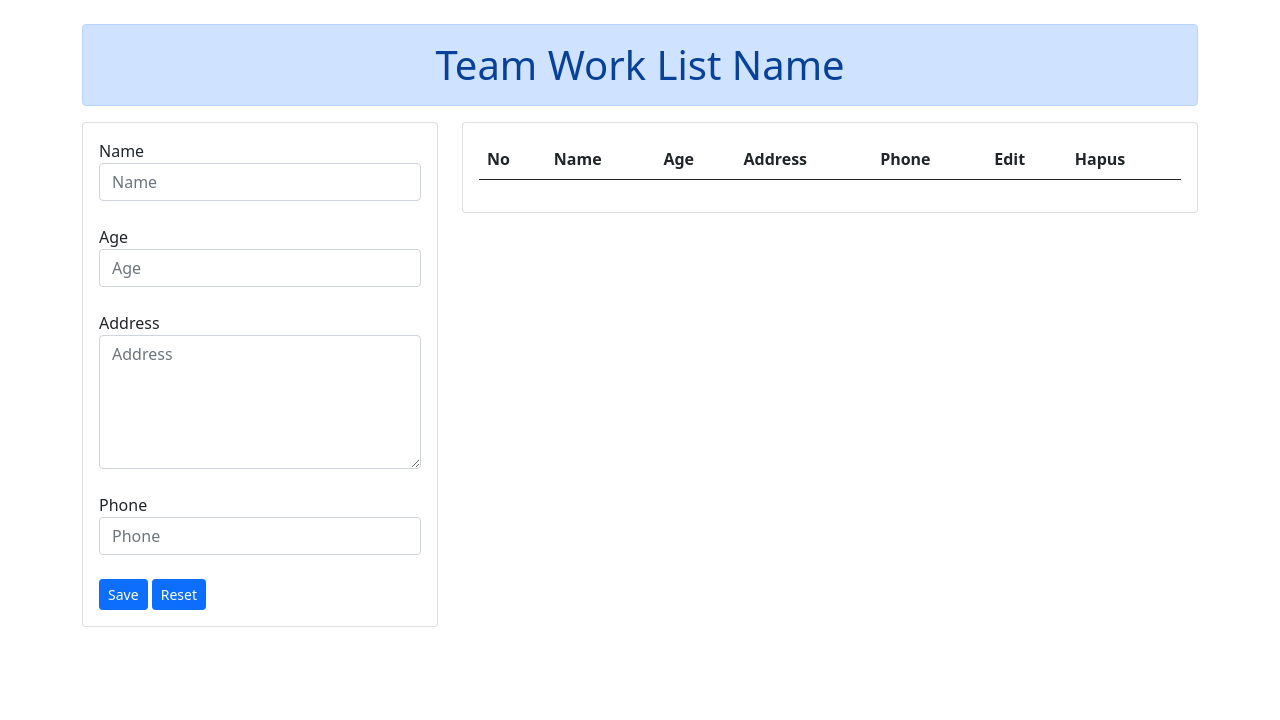
Repository: MENGSRUN/crud-html
Page: index.html
The author's editor kept a copy of each file at every save. The page is drawn from the files as they stood at one save, then again after the next save.
The browser window is 1280 px wide. The pictures show the whole page.

Above is the page before, as saved 2023-05-11 15:39:01.

### index.html
<!DOCTYPE html>
<html lang="en">
  <head>
    <meta charset="UTF-8" />
    <meta name="viewport" content="width=device-width, initial-scale=1.0" />
    <meta http-equiv="X-UA-Compatible" content="ie=edge" />
    <meta name="Description" content="Enter your description here" />
    <link
      rel="stylesheet"
      href="https://cdnjs.cloudflare.com/ajax/libs/twitter-bootstrap/5.1.0/css/bootstrap.min.css"
    />
    <link
      rel="stylesheet"
      href="https://cdnjs.cloudflare.com/ajax/libs/font-awesome/5.15.4/css/all.min.css"
    />
  </head>
  <body>
    <div class="container mt-4">
        <div class="row">
            <div class="col-lg-12">
                <h1 class="alert alert-primary text-center">
                    Team Work List Name
                </h1>
            </div>
            <div class="col-lg-4">
                <div class="card">
                    <div class="card-body">
                        <form id="form">
                            <input type="hidden" name="id" id="id">
                            <label for="">Name</label>
                            <input type="text" placeholder="Name" class="form-control" name="name" id="name" required>
                            <br>
                            <label for="">Age</label>
                            <input type="number" placeholder="Age" class="form-control" name="age" id="age" required>
                            <br>
                            <label for="">Address</label>
                            <textarea name="address" placeholder="Address" id="address" cols="30" rows="5" required class="form-control"></textarea>
                            <br>
                            <label for="">Phone</label>
                            <input type="text" placeholder="Phone" class="form-control" id="phone" name="phone" required>
                            <br>
                            <button class="btn btn-sm btn-primary" type="button" onclick="save()">Save</button>
                            <button class="btn btn-sm btn-primary" type="button" onclick="clearData()">Reset</button>
                        </form>
                    </div>
                </div>
            </div>
            <div class="col-lg-8">
                <div class="card">
                    <div class="card-body">
                        <div class="table-responsive">
                            <table id="datatable" class="table table-striped">
                                <thead>
                                    <tr>
                                        <th>No</th>
                                        <th>Name</th>
                                        <th>Age</th>
                                        <th>Address</th>
                                        <th>Phone</th>
                                        <th>Edit</th>
                                        <th>Hapus</th>
                                    </tr>
                                </thead>
                                <tbody id="table">

                                </tbody>
                            </table>
                        </div>
                    </div>
                </div>
            </div>
        </div>
    </div>
    <script src="https://cdnjs.cloudflare.com/ajax/libs/popper.js/2.9.2/umd/popper.min.js"></script>
    <script src="https://cdnjs.cloudflare.com/ajax/libs/twitter-bootstrap/5.1.0/js/bootstrap.min.js"></script>
   <script src="./JS/data.js"></script>
   <script src="./JS/find.js"></script>
   <script src="./JS/remove.js"></script>
   <script src="./JS/save.js"></script>
    <script>
        allData()
    </script>
    <script>
        function clearData(){
            document.getElementById('form').reset()
            document.getElementById('id').value = ""
        }
    </script>
  </body>
</html>

### JS/data.js
    //method to get all data
    function allData(){

        table.innerHTML = ``
        //get data from localstorage and store to contaclist array
        //we must to use JSON.parse, because data as string, we need convert to array
        contactList = JSON.parse(localStorage.getItem('listItem')) ?? []

        //looping data and show data in table
        contactList.forEach(function (value, i){

            var table = document.getElementById('table')

            table.innerHTML += `
                <tr>
                    <td>${i+1}</td>
                    <td>${value.name}</td>
                    <td>${value.age}</td>
                    <td>${value.address}</td>
                    <td>${value.phone}</td>
                    <td>
                        <button class="btn btn-sm btn-success" onclick="find(${value.id})">
                            <i class="fa fa-edit"></i>
                        </button>
                    </td>
                    <td>
                        <button class="btn btn-sm btn-danger" onclick="removeData(${value.id})">
                            <i class="fa fa-trash"></i>
                        </button>
                    </td>
                </tr>`
        })
    }

### JS/find.js
//method to get detail personal data based on id
function find(id){
    //get data from localstorage and store to contaclist array
    //we must to use JSON.parse, because data as string, we need convert to array
    contactList = JSON.parse(localStorage.getItem('listItem')) ?? []

    contactList.forEach(function (value){
        if(value.id == id){
           document.getElementById('id').value = value.id
           document.getElementById('name').value = value.name
           document.getElementById('age').value = value.age
           document.getElementById('address').value = value.address
           document.getElementById('phone').value = value.phone
        }
    })
}

### JS/remove.js
function removeData(id){
    //get data from localstorage and store to contaclist array
    //we must to use JSON.parse, because data as string, we need convert to array
    contactList = JSON.parse(localStorage.getItem('listItem')) ?? []

    contactList = contactList.filter(function(value){
        return value.id != id;
    });

    // save array into localstorage
    localStorage.setItem('listItem', JSON.stringify(contactList))

    //get data again
    allData()
}

### JS/save.js


//method to save data into localstorage
function save(){
    //get data from localstorage and store to contaclist array
    //we must to use JSON.parse, because data as string, we need convert to array
    contactList = JSON.parse(localStorage.getItem('listItem')) ?? []

    //get last array to get last id
    //and store it into variable id
    var id
    contactList.length != 0 ? contactList.findLast((item) => id = item.id) : id = 0

    if(document.getElementById('id').value){

        //edit contactlist array based on value
        contactList.forEach(value => {
            if(document.getElementById('id').value == value.id){
                value.name      = document.getElementById('name').value,
                value.age       = document.getElementById('age').value,
                value.address   = document.getElementById('address').value,
                value.phone     = document.getElementById('phone').value
            }
        });

        //remove hidden input
        document.getElementById('id').value = ''

    }else{

        //save
        //get data from form
        var item = {
            id        : id + 1,
            name      : document.getElementById('name').value,
            age       : document.getElementById('age').value,
            address   : document.getElementById('address').value,
            phone     : document.getElementById('phone').value
        }

        //add item data to array contactlist
        contactList.push(item)
    }

    // save array into localstorage
    localStorage.setItem('listItem', JSON.stringify(contactList))

    //update table list
    allData()

    //remove form data
    document.getElementById('form').reset()
}

After the next save:
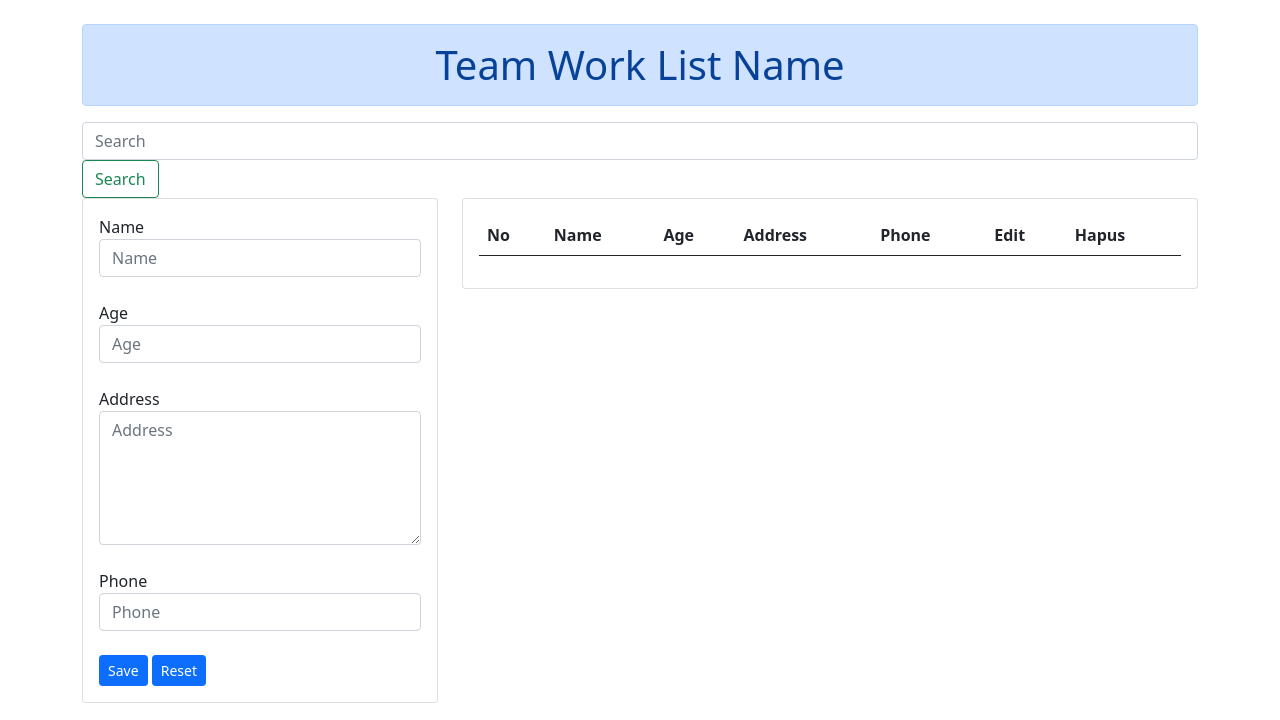
Saved 46 min 44 s later.
--- a/index.html
+++ b/index.html
@@ -22,6 +22,10 @@
                     Team Work List Name
                 </h1>
             </div>
+            <form class="form-inline my-2 my-lg-0">
+      <input class="form-control mr-sm-2" type="search" placeholder="Search" aria-label="Search">
+      <button class="btn btn-outline-success my-2 my-sm-0" type="submit">Search</button>
+    </form>
             <div class="col-lg-4">
                 <div class="card">
                     <div class="card-body">
